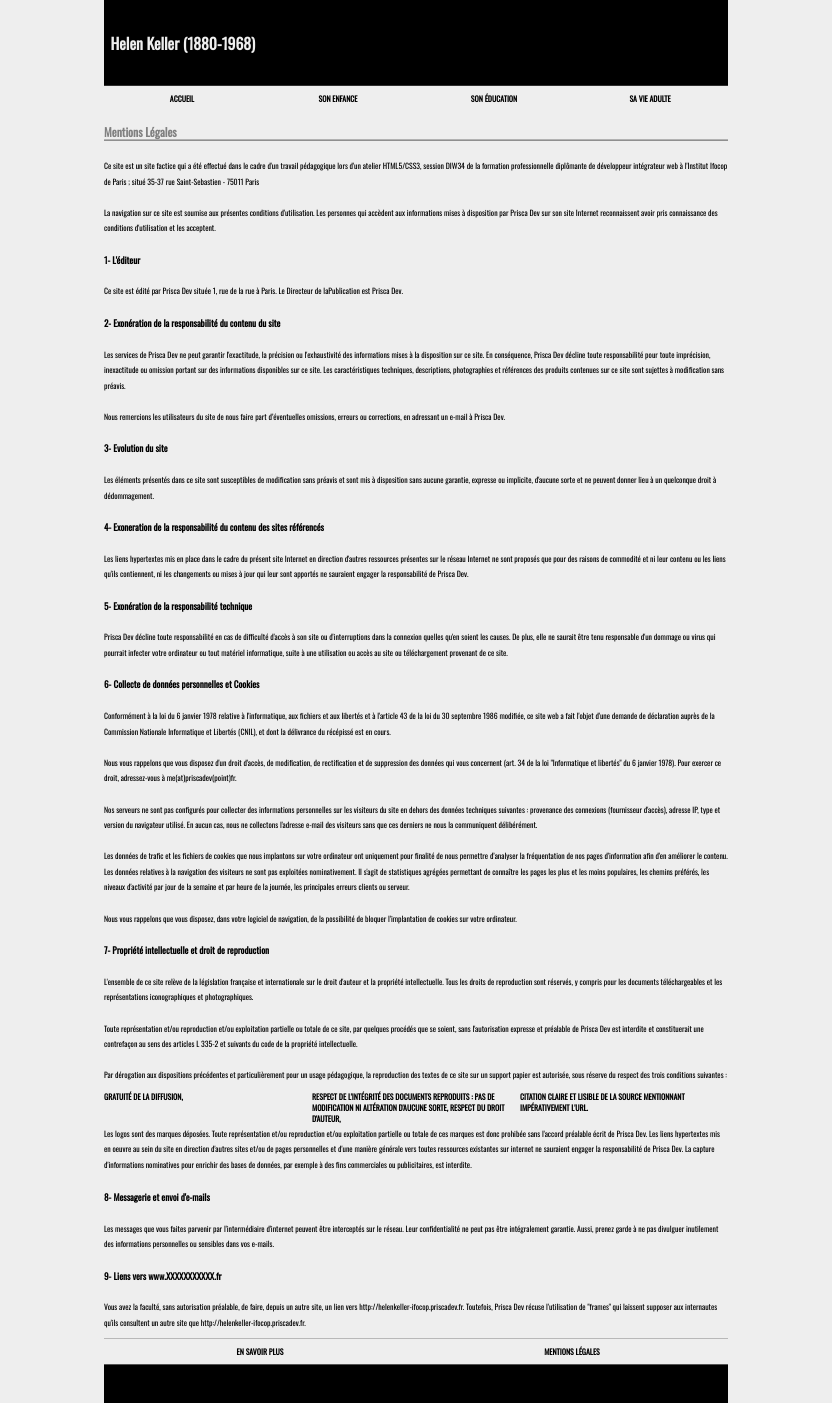
Repository: Luc010/Exercices
Page: HTML CSS/biographie_helen_keller/mentions.html
The author's editor kept a copy of each file at every save. The page is drawn from the files as they stood at one save, then again after a run of saves.
The browser window is 1280 px wide. The pictures show the whole page, at 65% of full size.

Above is the page before, as saved 2019-09-04 16:38:31.

After the next 2 saves:
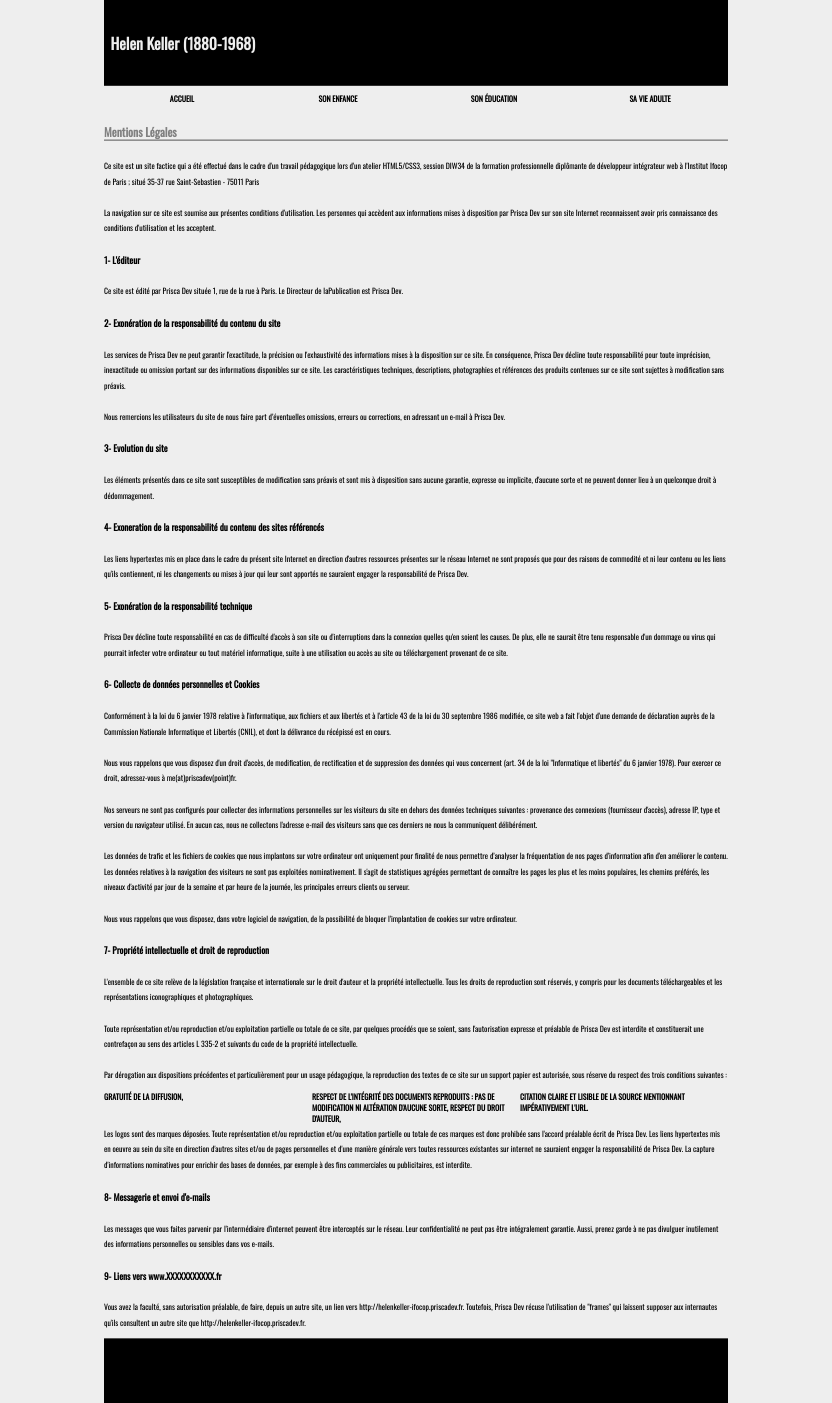
The 2 saves are shown as one change because they came seconds apart.
The last was saved 103 s later.
--- a/HTML CSS/biographie_helen_keller/mentions.html
+++ b/HTML CSS/biographie_helen_keller/mentions.html
@@ -1,5 +1,6 @@
 <!DOCTYPE html>
 <html lang="fr">
+
 <head>
     <title>Biographie Helen Keller - Mentions Légales</title>
     <meta charset="UTF-8">
@@ -7,6 +8,7 @@
     <meta http-equiv="X-UA-Compatible" content="ie=edge">
     <link href="style.css" rel="stylesheet">
 </head>
+
 <body>
     <header>
         <div class="container">
@@ -156,10 +158,11 @@
         <div class="container">
             <!-- ul>li*5>a{lien$} -->
             <ul>
-                <li><a href="savoirplus.html">En savoir plus</a></li>
-                <li><a href="mentions.html">Mentions légales</a></li>
+                <li class="m-foot"><a href="savoirplus.html">En savoir plus</a></li>
+                <li class="m-foot"><a href="mentions.html">Mentions légales</a></li>
             </ul>
         </div>
     </footer>
 </body>
+
 </html>
